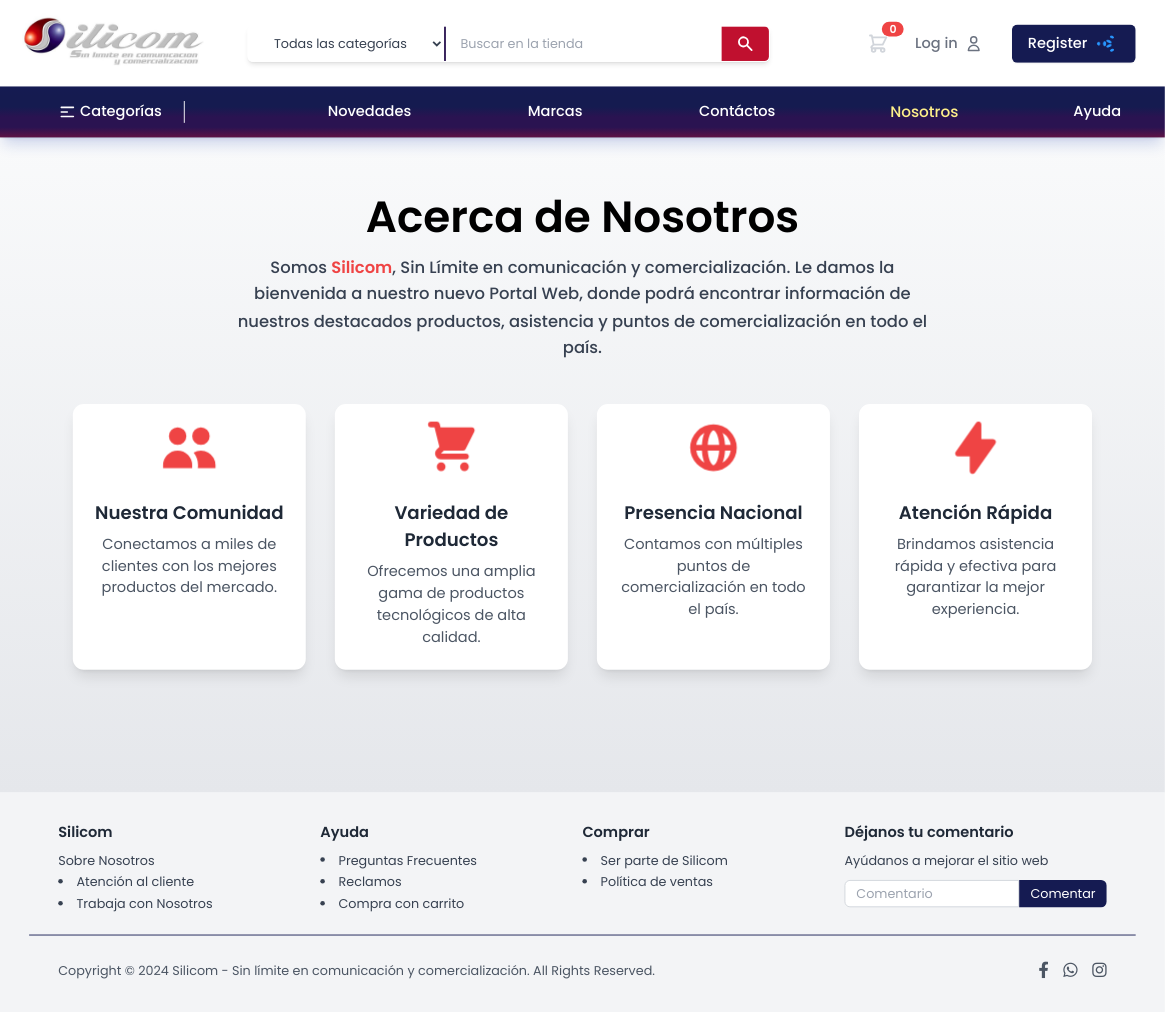
Repository: Francovg18/ecommerce
Page: /about
An editor plug-in stored every save of this project. The page is shown before and after the next save, followed by the edit.
The browser window is 1280 px wide. The pictures show the whole page, at 91% of full size.
The page's requests for data from a server got no answer. The project was rebuilt for these pictures with package versions that can differ from the ones it lists, and the page was loaded fresh each time. No one was signed in, and anything a server would have sent is missing. Also part of the build but not shown: src/components/home/Banner.js, src/components/home/ProductsArrival.js, src/components/home/ProductsSold.js, src/redux/actions/brands.js, src/components/home/Brand.js, src/components/home/Product.js, src/containers/Home.jsx, src/containers/errors/Error404.jsx and 40 more.

Above is the page before, as saved 2025-01-29 20:23:47.

### public/index.html
<!DOCTYPE html>
<html lang="en">
  <head>
    <meta charset="utf-8" />
    <link rel="icon" href="%PUBLIC_URL%/favicon.ico" />
    <meta name="viewport" content="width=device-width, initial-scale=1" />
    <meta name="theme-color" content="#000000" />
    <meta name="description" content="Web site created using create-react-app" />
    <link rel="apple-touch-icon" href="%PUBLIC_URL%/logo192.png" />
    <link href="https://fonts.googleapis.com/css2?family=Poppins:wght@400;500;600&display=swap" rel="stylesheet">
    <link
  rel="stylesheet"
  href="https://cdnjs.cloudflare.com/ajax/libs/font-awesome/6.0.0-beta3/css/all.min.css"
/>

    <!--
      manifest.json provides metadata used when your web app is installed on a
      user's mobile device or desktop. See https://developers.google.com/web/fundamentals/web-app-manifest/
    -->
    <link rel="manifest" href="%PUBLIC_URL%/manifest.json" />
    <!--
      Notice the use of %PUBLIC_URL% in the tags above.
      It will be replaced with the URL of the `public` folder during the build.
      Only files inside the `public` folder can be referenced from the HTML.

      Unlike "/favicon.ico" or "favicon.ico", "%PUBLIC_URL%/favicon.ico" will
      work correctly both with client-side routing and a non-root public URL.
      Learn how to configure a non-root public URL by running `npm run build`.
    -->
    <title>React App</title>
  </head>
  <body>
    <noscript>You need to enable JavaScript to run this app.</noscript>
    <div id="root"></div>
    <!--
      This HTML file is a template.
      If you open it directly in the browser, you will see an empty page.

      You can add webfonts, meta tags, or analytics to this file.
      The build step will place the bundled scripts into the <body> tag.

      To begin the development, run `npm start` or `yarn start`.
      To create a production bundle, use `npm run build` or `yarn build`.
    -->
  </body>
</html>

### src/index.js
import React from 'react';
import ReactDOM from 'react-dom/client';
import './style/index.css';
import App from './App';

const root = ReactDOM.createRoot(document.getElementById('root'));
root.render(
  <React.StrictMode>
    <App />
  </React.StrictMode>
);

### src/store.js
import { createStore, applyMiddleware } from 'redux';
import { composeWithDevTools } from '@redux-devtools/extension';
import { thunk } from 'redux-thunk';
import rootReducer from './redux/reducers';

const initialState = {};
const middleware = [thunk];
const store = createStore(
    rootReducer,
    initialState,
    composeWithDevTools(applyMiddleware(...middleware))
);

export default store;

### src/containers/pages/About.jsx
import React from 'react';
import Layout from '../../hocs/Layout';
import { UsersIcon, ShoppingCartIcon, GlobeAltIcon, LightningBoltIcon } from '@heroicons/react/solid';

function About() {
  return (
    <Layout>
      <div className="bg-gradient-to-b from-gray-50 to-gray-200 min-h-screen py-16 px-6 sm:px-12 lg:px-20">
        <div className="text-center max-w-3xl mx-auto">
          <h1 className="text-5xl font-extrabold bg-gradient-to-r bg-clip-text ">
            Acerca de Nosotros
          </h1>
          <p className="mt-4 text-lg text-gray-700 font-medium leading-relaxed animate-fade-in">
            Somos <span className="text-red-500 font-bold">Silicom</span>, Sin Límite en comunicación y comercialización. Le damos la bienvenida a nuestro nuevo Portal Web,
            donde podrá encontrar información de nuestros destacados productos, asistencia y puntos de comercialización en todo el país.
          </p>
        </div>

        <div className="mt-12 grid grid-cols-1 md:grid-cols-2 lg:grid-cols-4 gap-8">
          {[
            { icon: UsersIcon, title: "Nuestra Comunidad", text: "Conectamos a miles de clientes con los mejores productos del mercado." },
            { icon: ShoppingCartIcon, title: "Variedad de Productos", text: "Ofrecemos una amplia gama de productos tecnológicos de alta calidad." },
            { icon: GlobeAltIcon, title: "Presencia Nacional", text: "Contamos con múltiples puntos de comercialización en todo el país." },
            { icon: LightningBoltIcon, title: "Atención Rápida", text: "Brindamos asistencia rápida y efectiva para garantizar la mejor experiencia." }
          ].map((item, index) => (
            <div key={index} className="bg-white p-6 rounded-xl shadow-lg text-center transition-transform transform hover:scale-105 hover:shadow-2xl">
              <item.icon className="w-16 h-16 text-red-500 mx-auto animate-bounce" />
              <h3 className="text-xl font-semibold mt-4 text-gray-800">{item.title}</h3>
              <p className="text-gray-600 mt-2">{item.text}</p>
            </div>
          ))}
        </div>
      </div>
    </Layout>
  );
}

export default About;

### src/redux/reducers/index.js
import { combineReducers } from 'redux';
import Auth from './auth';
import Alert from './alert';
import Categories from './categories';
import Products from './products';
import Cart from './cart';
import Shipping from './shipping'
import Payment from './payment';
import Orders from './orders';
import Coupons from './coupons';
import Profile from './profile';
import Wishlist from './wishlist';
import Reviews from './reviews';
import Brands from './brands';
export default combineReducers({
    Auth,
    Alert,
    Categories,
    Products,
    Cart,
    Shipping,
    Payment,
    Orders,
    Coupons,
    Profile,
    Wishlist,
    Reviews,
    Brands
})

### src/hocs/Layout.js
import { ToastContainer } from 'react-toastify';
import 'react-toastify/dist/ReactToastify.css';
import { check_authenticated, load_user, refresh } from '../redux/actions/auth';
import {
    get_items,
    get_total,
    get_item_total
} from "../redux/actions/cart";

import {
    get_user_profile
} from "../redux/actions/profile";

import { useEffect } from 'react';
import { connect } from 'react-redux';
import Navbar from '../components/navigation/Navbar';
import Footer from '../components/navigation/Footer';

const Layout = (props) => {

    useEffect(() => {
        props.refresh()
        props.check_authenticated()
        props.load_user()
        props.get_items()
        props.get_total()
        props.get_item_total()
        props.get_user_profile()
    }, []);

    return(
        <div>
            <Navbar/>
            <ToastContainer autoClose={5000} />
            {props.children}
            <Footer/>
        </div>
    )
}


export default connect(null, {
    check_authenticated,
    load_user,
    refresh,
    get_items,
    get_total,
    get_item_total,
    get_user_profile
}) (Layout)

### src/redux/actions/categories.js
import axios from 'axios';
import {
    GET_CATEGORIES_SUCCESS,
    GET_CATEGORIES_FAIL,
} from './types';

export const get_categories = () => async dispatch => {
    const config = {
        headers: {
            'Accept': 'application/json'
        }
    };

    try {
        const res = await axios.get(`${process.env.REACT_APP_API_URL}/api/category/categories`, config);

        if (res.status >= 200 && res.status < 300) {
            dispatch({
                type: GET_CATEGORIES_SUCCESS,
                payload: res.data
            });
        } else {
            console.error('Error: Unexpected response status', res.status);
            dispatch({
                type: GET_CATEGORIES_FAIL
            });
        }
    } catch (err) {
        console.error('Error fetching categories:', err.message);
        dispatch({
            type: GET_CATEGORIES_FAIL
        });
    }
};

### src/redux/actions/alert.js
import{
    SET_ALERT,
    REMOVE_ALERT,
} from './types';

export const setAlert = (msg, alertType, timeout = 5000) => dispatch =>{
    dispatch({
        type: SET_ALERT,
        payload: {msg, alertType}
    });
    setTimeout(() => dispatch({ type: REMOVE_ALERT }), timeout);
}

### src/redux/reducers/alert.js
import {
    SET_ALERT,
    REMOVE_ALERT,
} from '../actions/types';

const initialState = {
    alert: null
};

export default function Alert(state = initialState, action) {
    const { type, payload } = action;

    switch(type) {
        case SET_ALERT:
            return {
                ...state,
                alert: payload
            };
        case REMOVE_ALERT:
            return {
                ...state,
                alert: null
            }
        default:
            return state
    };
}

### src/redux/reducers/categories.js
import {
    GET_CATEGORIES_SUCCESS,
    GET_CATEGORIES_FAIL
} from '../actions/types';

const initialState = {
    categories: null
};

export default function Categories(state = initialState, action) {
    const { type, payload } = action;

    switch(type) {
        case GET_CATEGORIES_SUCCESS:
            return {
                ...state,
                categories: payload.categories
            }
        case GET_CATEGORIES_FAIL:
            return {
                ...state,
                categories: null
            }
        default:
            return state
    }
}

### src/redux/reducers/shipping.js
import {
    GET_SHIPPING_OPTIONS_SUCCESS,
    GET_SHIPPING_OPTIONS_FAIL
} from '../actions/types';

const initialState = {
    shipping: null,
};

export default function Shipping(state = initialState, action) {
    const { type, payload } = action;

    switch(type) {
        case GET_SHIPPING_OPTIONS_SUCCESS:
            return {
                ...state,
                shipping: payload.shipping_options
            }
        case GET_SHIPPING_OPTIONS_FAIL:
            return {
                ...state,
                shipping: null
            }
        default:
            return state;
    }
};

### src/redux/reducers/orders.js
import {
    GET_ORDERS_SUCCESS,
    GET_ORDERS_FAIL,
    GET_ORDER_DETAIL_SUCCESS,
    GET_ORDER_DETAIL_FAIL
} from '../actions/types';

const initialState = {
    orders: null,
    order: null
};


export default function Orders(state = initialState, action) {
    const { type, payload } = action;

    switch(type) {
        case GET_ORDERS_SUCCESS:
            return {
                ...state,
                orders: payload.orders
            }
        case GET_ORDERS_FAIL:
            return {
                ...state,
                orders: []
            }
        case GET_ORDER_DETAIL_SUCCESS:
            return {
                ...state,
                order: payload.order
            }
        case GET_ORDER_DETAIL_FAIL:
            return {
                ...state,
                order: {}
            }
        default:
            return state;
    }
}

### src/redux/reducers/coupons.js
import {
    GET_COUPON_SUCCESS,
    GET_COUPON_FAIL,
} from '../actions/types';

const initialState = {
    coupon: null
};


export default function Coupons(state = initialState, action) {
    const { type, payload } = action;

    switch(type) {
        case GET_COUPON_SUCCESS:
            return {
                ...state,
                coupon: payload.coupon
            }
        case GET_COUPON_FAIL:
            return {
                ...state,
                coupon: null
            }
        default:
            return state;
    }
}

### src/redux/reducers/profile.js
import {
    GET_USER_PROFILE_SUCCESS,
    GET_USER_PROFILE_FAIL,
    UPDATE_USER_PROFILE_SUCCESS,
    UPDATE_USER_PROFILE_FAIL
} from '../actions/types';

const initialState = {
    profile: null
};

export default function Profile(state = initialState, action) {
    const { type, payload } = action;

    switch(type) {
        case GET_USER_PROFILE_SUCCESS:
            return {
                ...state,
                profile: payload.profile
            }
        case GET_USER_PROFILE_FAIL:
            return {
                ...state
            }
        case UPDATE_USER_PROFILE_SUCCESS:
            return {
                ...state,
                profile: payload.profile
            }
        case UPDATE_USER_PROFILE_FAIL:
            return {
                ...state
            }
        default:
            return state
    }
}

### src/redux/reducers/wishlist.js
import {
    GET_WISHLIST_ITEMS_SUCCESS,
    GET_WISHLIST_ITEMS_FAIL,
    ADD_WISHLIST_ITEM_SUCCESS,
    ADD_WISHLIST_ITEM_FAIL,
    GET_WISHLIST_ITEM_TOTAL_SUCCESS,
    GET_WISHLIST_ITEM_TOTAL_FAIL,
    REMOVE_WISHLIST_ITEM_SUCCESS,
    REMOVE_WISHLIST_ITEM_FAIL,
    CLEAR_WISHLIST,
} from '../actions/types';

const initialState = {
    items: null,
    total_items: 0
};

export default function Wishlist(state = initialState, action) {
    const { type, payload } = action;

    switch(type) {
        case GET_WISHLIST_ITEMS_SUCCESS:
            return {
                ...state,
                items: payload.wishlist
            }
        case GET_WISHLIST_ITEMS_FAIL:
            return {
                ...state,
            }
        case ADD_WISHLIST_ITEM_SUCCESS:
            return {
                ...state,
                items: payload.wishlist
            }
        case ADD_WISHLIST_ITEM_FAIL:
            return {
                ...state,
            }
        case GET_WISHLIST_ITEM_TOTAL_SUCCESS:
            return {
                ...state,
                total_items: payload.total_items
            }
        case GET_WISHLIST_ITEM_TOTAL_FAIL:
            return {
                ...state
            }
            case REMOVE_WISHLIST_ITEM_SUCCESS:
                return {
                    ...state,
                    items: state.items.filter(item => item.product_id !== payload)
                }

        case REMOVE_WISHLIST_ITEM_FAIL:
            return {
                ...state
            }
        case CLEAR_WISHLIST:
            return {
                ...state,
                items: [],
                total_items: 0
            }
        default:
            return state
    }
}

### src/redux/reducers/reviews.js
import {
    GET_REVIEWS_SUCCESS,
    GET_REVIEWS_FAIL,
    GET_REVIEW_SUCCESS,
    GET_REVIEW_FAIL,
    CREATE_REVIEW_SUCCESS,
    CREATE_REVIEW_FAIL,
    UPDATE_REVIEW_SUCCESS,
    UPDATE_REVIEW_FAIL,
    DELETE_REVIEW_SUCCESS,
    DELETE_REVIEW_FAIL,
    FILTER_REVIEWS_SUCCESS,
    FILTER_REVIEWS_FAIL,
} from '../actions/types';

const intitialState = {
    review: null,
    reviews: null
};

export default function Reviews(state = intitialState, action) {
    const { type, payload } = action;

    switch(type) {
        case GET_REVIEWS_SUCCESS:
            return {
                ...state,
                reviews: payload.reviews
            }
        case GET_REVIEWS_FAIL:
            return {
                ...state,
                reviews: []
            }
        case GET_REVIEW_SUCCESS:
            return {
                ...state,
                review: payload.review
            }
        case GET_REVIEW_FAIL:
            return {
                ...state,
                review: {}
            }
        case CREATE_REVIEW_SUCCESS:
            return {
                ...state,
                review: payload.review,
                reviews: payload.reviews
            }
        case CREATE_REVIEW_FAIL:
            return {
                ...state,
                review: {}
            }
        case UPDATE_REVIEW_SUCCESS:
            return {
                ...state,
                review: payload.review,
                reviews: payload.reviews
            }
        case UPDATE_REVIEW_FAIL:
            return {
                ...state
            }
        case DELETE_REVIEW_SUCCESS:
            return {
                ...state,
                review: {},
                reviews: payload.reviews
            }
        case DELETE_REVIEW_FAIL:
            return {
                ...state
            }
        case FILTER_REVIEWS_SUCCESS:
            return {
                ...state,
                reviews: payload.reviews
            }
        case FILTER_REVIEWS_FAIL:
            return {
                ...state
            }
        default:
            return state
    }


}

### src/redux/reducers/brands.js
import {
    GET_BRANDS_SUCCESS,
    GET_BRANDS_FAIL
} from '../actions/types';

const initialState = {
    brands: null
};

export default function Brands(state = initialState, action) {
    const { type, payload } = action;

    switch (type) {
        case GET_BRANDS_SUCCESS:
            return {
                ...state,
                brands: payload.brands // Ajusta si `payload` tiene otra estructura
            };
        case GET_BRANDS_FAIL:
            return {
                ...state,
                brands: null
            };
        default:
            return state;
    }
}

### src/components/alert.js
import {Fragment} from 'react'
import {connect} from 'react-redux'

import { CheckCircleIcon } from '@heroicons/react/solid'

function Alert ({ alert }) {

    const displayAlert = () => {
        if (alert !== null){
            return (
                <div className={`rounded-md bg-${alert.alertType}-50 p-4`}>
                <div className="flex">
                    <div className="flex-shrink-0">
                    <CheckCircleIcon className={`h-5 w-5 text-${alert.alertType}-400`} aria-hidden="true" />
                    </div>
                    <div className="ml-3">
                    <p className={`text-sm font-medium text-${alert.alertType}-800`}>{alert.msg}</p>
                    </div>
                </div>
                </div>
            )
        } else {
            return(
                <Fragment></Fragment>
            )
        }
    }

    return (
        <Fragment>
            {displayAlert()}
        </Fragment>
    )
}

const mapStateToProps = state => ({
    alert: state.Alert.alert
})

export default connect(mapStateToProps)(Alert)

### src/components/navigation/SearchBox.js
import { SearchIcon } from '@heroicons/react/solid';

const SearchBox = ({ categories, search, onChange, onSubmit }) => {
  return (
    <form
      onSubmit={(e) => onSubmit(e)}
      className="flex items-center border border-white rounded-md shadow-md overflow-hidden w-full max-w-3xl mx-auto"
    >
      {/* Dropdown de categorías (visible solo en pantallas grandes) */}
      <div className="hidden lg:block relative">
        <select
          onChange={(e) => onChange(e)}
          name="category_id"
          className="h-full text-sm text-gray-700 bg-white border-r-2 border-purple-night px-6 py-2 outline-none focus:ring-deep-rose"
        >
          <option value={0}>Todas las categorías</option>
          {categories &&
            categories.map((category, index) => (
              <option key={index} value={category.id}>
                {category.name}
              </option>
            ))}
        </select>
      </div>

      {/* Campo de búsqueda */}
      <input
        type="search"
        name="search"
        onChange={(e) => onChange(e)}
        value={search}
        required
        className="flex-grow text-sm text-gray-700 bg-white px-4 py-2 outline-none focus:ring-purple-night focus:border-crimson-red w-full"
        placeholder="Buscar en la tienda"
      />

      {/* Botón de envío */}
      <button
        type="submit"
        className="flex items-center justify-center h-full bg-crimson-red hover:bg-deep-rose text-white px-4 py-2"
      >
        <SearchIcon className="h-5 w-5" aria-hidden="true" />
      </button>
    </form>
  );
};

export default SearchBox;

### tailwind.config.js
/** @type {import('tailwindcss').Config} */
module.exports = {
  content: [
    "./src/**/*.{js,jsx,ts,tsx}",
  ],
  theme: {
    extend: {
      colors: {
        "midnight-blue": '#151b52',
        "purple-night": '#2A1350',
        "crimson-red": '#C0102F',
        "deep-rose": '#8D113B',
        "dark-burgundy": '#751240',
        "royal-purple": '#5D1245',
      },
      backgroundImage: {
        'custom-gradient': 'linear-gradient(to bottom, #151b52, #151b50, #151b50, #2A1351, #2A1351, #5D1245)',
      },
      fontFamily: {
        sans: ['Poppins', 'sans-serif'],
      },
      keyframes: {
        'gradient-x': {
          '0%, 100%': { backgroundPosition: '0% 50%' },
          '50%': { backgroundPosition: '100% 50%' },
        },
      },
      animation: {
        'gradient-x': 'gradient-x 8s ease infinite',
      },
      boxShadow: {
        navbar: "0px 4px 20px 6px rgba(28, 105, 192, 0.85), 0 1px 2px -1px rgba(3, 3, 4, 0.03)",
        menuHover: "0px 6px 15px 3px rgba(0, 0, 0, 0.15)",
      },
      fontSize: {
        'xl': '1.25rem',
        '2xl': '1.5rem',
      },
    },
  },
  plugins: [
    function({ addUtilities }) {
      const extendUnderline = {
        '.underline': {
          textDecoration: 'underline',
          textDecorationColor: '#121740',
        },
      };
      addUtilities(extendUnderline);
    },
  ],
};

Loaded but not shown: src/style/index.css (common file); src/components/navigation/Navbar.js (476 lines, source omitted); src/redux/actions/cart.js (399 lines, source omitted); src/redux/actions/auth.js (387 lines, source omitted); src/redux/actions/types.js (136 lines, source omitted); src/redux/actions/products.js (256 lines, source omitted); src/redux/reducers/cart.js (158 lines, source omitted); src/redux/reducers/products.js (118 lines, source omitted); src/App.js (79 lines, source omitted); src/components/navigation/Footer.js (81 lines, source omitted); src/redux/reducers/auth.js (113 lines, source omitted); src/redux/actions/profile.js (91 lines, source omitted); src/redux/reducers/payment.js (89 lines, source omitted)

After the next save:
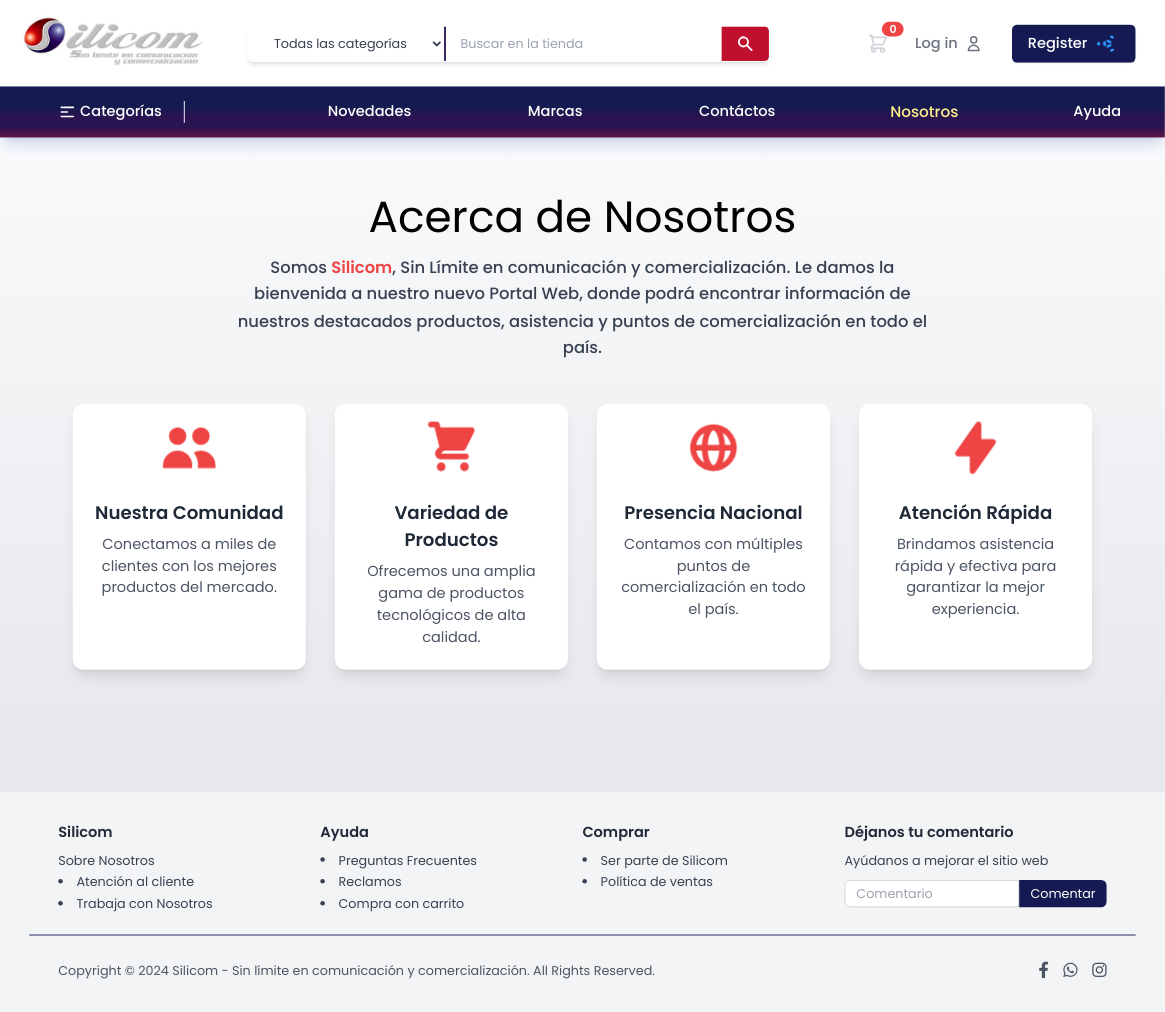
Saved 8 s later.
--- a/src/containers/pages/About.jsx
+++ b/src/containers/pages/About.jsx
@@ -7,7 +7,7 @@ function About() {
     <Layout>
       <div className="bg-gradient-to-b from-gray-50 to-gray-200 min-h-screen py-16 px-6 sm:px-12 lg:px-20">
         <div className="text-center max-w-3xl mx-auto">
-          <h1 className="text-5xl font-extrabold bg-gradient-to-r bg-clip-text ">
+          <h1 className="text-5xl bg-clip-text ">
             Acerca de Nosotros
           </h1>
           <p className="mt-4 text-lg text-gray-700 font-medium leading-relaxed animate-fade-in">
